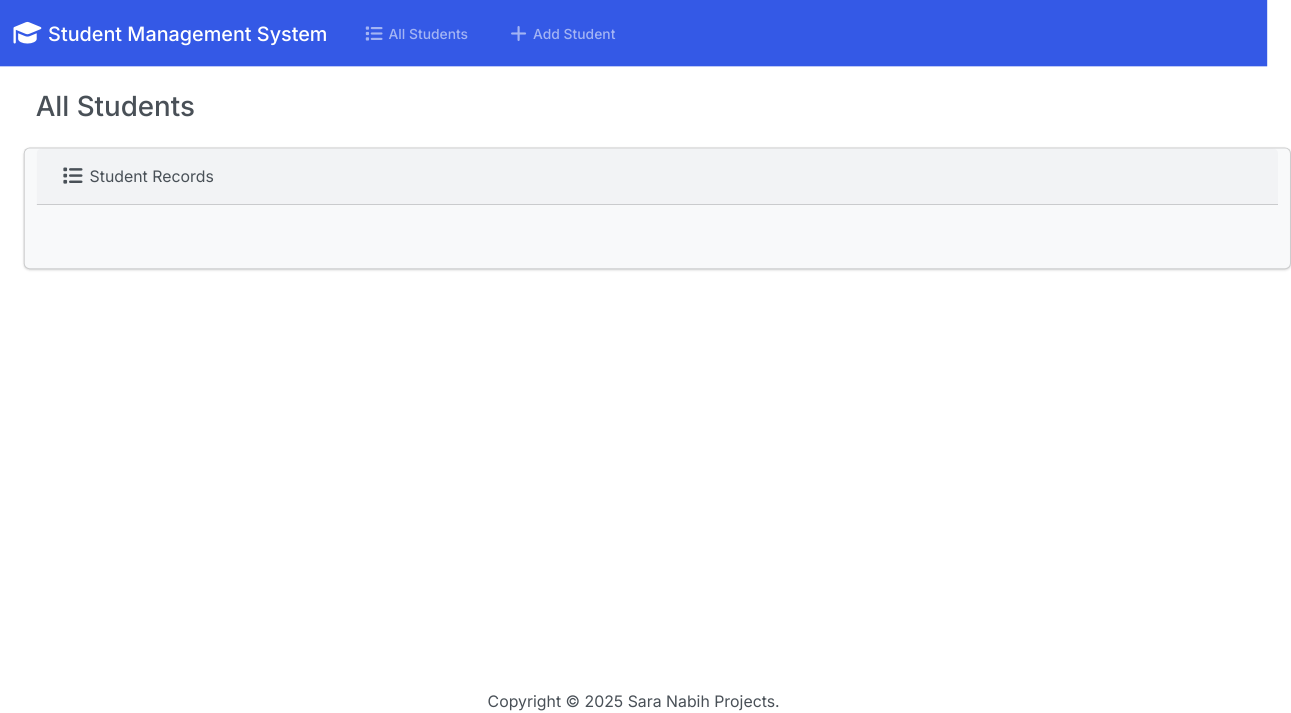
Repository: saraanbih/Student-Management-System
Page: http://localhost/
These files come from the project's save history. The page is drawn as it stood at one moment and after the next save; the edit follows.
The browser window is 1280 px wide. The page is 1304 px wide, so the pictures cover 1304 px, including what lies to the right of the window. The pictures show the whole page, at 99% of full size.
Some web libraries are served in a nearby version. The page is served by the project's application, run on Django 5.2 (manage.py). The page reads the database file committed with the project.

Above is the page before, as saved 2025-09-11 16:10:18.

After the next save:
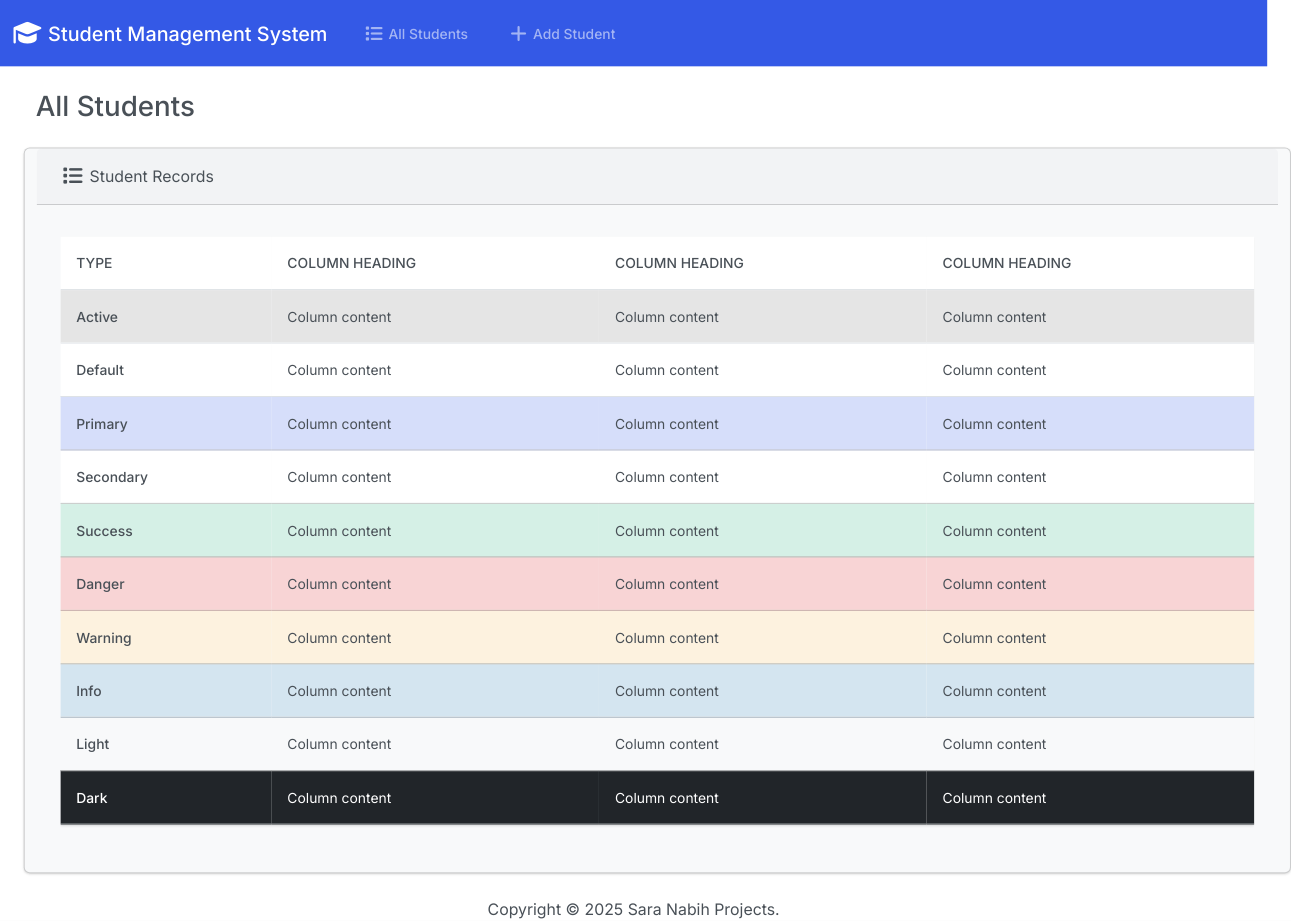
Saved 23 s later.
--- a/students/templates/students/index.html
+++ b/students/templates/students/index.html
@@ -54,7 +54,80 @@
               </div>
               <div class="card-body">
                 <p class="card-text">
-                  <div class="table-responsive"></div>
+                  <div class="table-responsive">
+                    <table class="table table-hover">
+  <thead>
+    <tr>
+      <th scope="col">Type</th>
+      <th scope="col">Column heading</th>
+      <th scope="col">Column heading</th>
+      <th scope="col">Column heading</th>
+    </tr>
+  </thead>
+  <tbody>
+    <tr class="table-active">
+      <th scope="row">Active</th>
+      <td>Column content</td>
+      <td>Column content</td>
+      <td>Column content</td>
+    </tr>
+    <tr>
+      <th scope="row">Default</th>
+      <td>Column content</td>
+      <td>Column content</td>
+      <td>Column content</td>
+    </tr>
+    <tr class="table-primary">
+      <th scope="row">Primary</th>
+      <td>Column content</td>
+      <td>Column content</td>
+      <td>Column content</td>
+    </tr>
+    <tr class="table-secondary">
+      <th scope="row">Secondary</th>
+      <td>Column content</td>
+      <td>Column content</td>
+      <td>Column content</td>
+    </tr>
+    <tr class="table-success">
+      <th scope="row">Success</th>
+      <td>Column content</td>
+      <td>Column content</td>
+      <td>Column content</td>
+    </tr>
+    <tr class="table-danger">
+      <th scope="row">Danger</th>
+      <td>Column content</td>
+      <td>Column content</td>
+      <td>Column content</td>
+    </tr>
+    <tr class="table-warning">
+      <th scope="row">Warning</th>
+      <td>Column content</td>
+      <td>Column content</td>
+      <td>Column content</td>
+    </tr>
+    <tr class="table-info">
+      <th scope="row">Info</th>
+      <td>Column content</td>
+      <td>Column content</td>
+      <td>Column content</td>
+    </tr>
+    <tr class="table-light">
+      <th scope="row">Light</th>
+      <td>Column content</td>
+      <td>Column content</td>
+      <td>Column content</td>
+    </tr>
+    <tr class="table-dark">
+      <th scope="row">Dark</th>
+      <td>Column content</td>
+      <td>Column content</td>
+      <td>Column content</td>
+    </tr>
+  </tbody>
+</table>
+                  </div>
                 </p>
               </div>
             </div>
